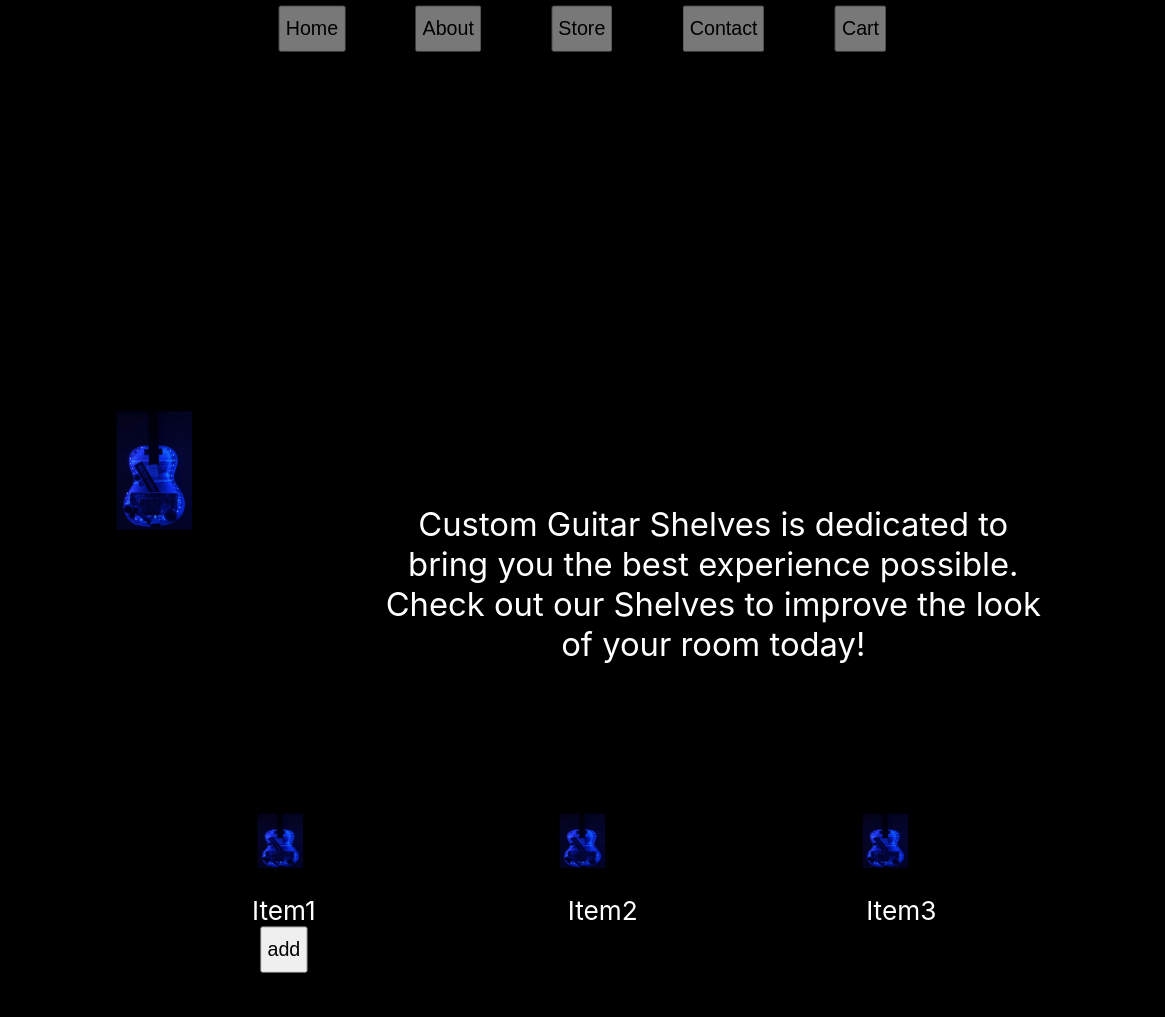
Repository: Kobramall/guitar-shelves-mock-store
Page: /
An editor plug-in stored every save of this project. The page is shown before and after the next save, followed by the edit.
The browser window is 1280 px wide. The pictures show the whole page, at 91% of full size.
Pictures or frames that could not be fetched are drawn as grey boxes. The project was rebuilt for these pictures with package versions that can differ from the ones it lists, and the page was loaded fresh each time. Also part of the build but not shown: src/componets/Cart.js. Imported but missing from the stored project, and not drawn on this page: src/assets/GuitarSV.MP4.

Above is the page before, as saved 2022-11-02 17:18:38.

After the next save:
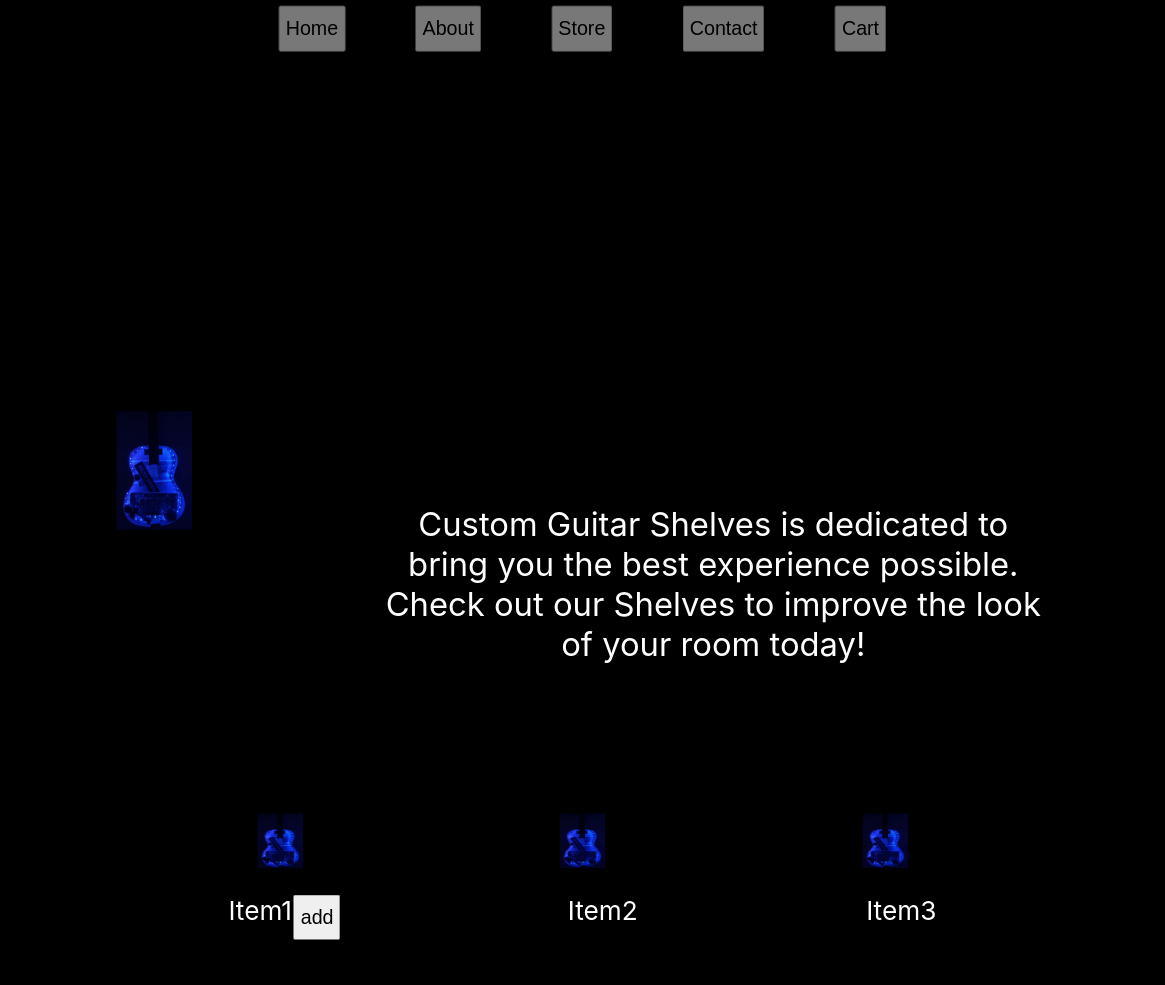
Saved 30 s later.
--- a/src/App.css
+++ b/src/App.css
@@ -66,6 +66,10 @@
   font-size: 4vh;
 }
 
+.itemName p{
+  display: flex;
+}
+
 @keyframes App-logo-spin {
   from {
     transform: rotate(0deg);
